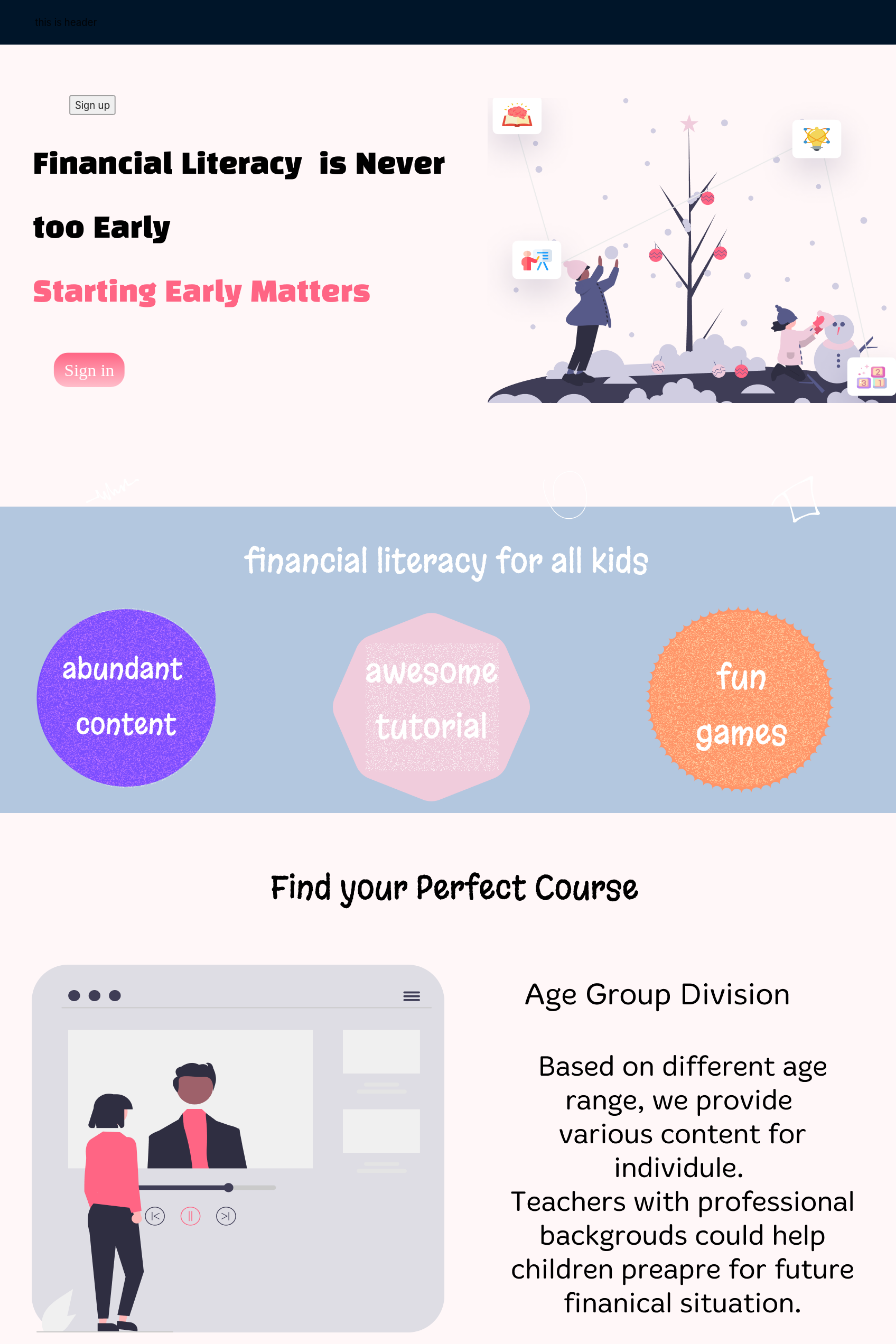
Repository: Zoe-XJ-Zhang/Goldilocks
Page: /
The author's editor kept a copy of each file at every save. The page is drawn from the files as they stood at one save, then again after the next save.
The browser window is 1280 px wide. The pictures show the part of the page from y = 0 to 1920 px (the page is 2775 px tall), at 70% of full size.
The project was rebuilt for these pictures with package versions that can differ from the ones it lists, and the page was loaded fresh each time. Also part of the build but not shown: src/page/roadmapPage/roadmapPage.js, src/page/aboutPage/aboutPage.js.

Above is the page before, as saved 2022-08-31 17:21:39.

After the next save:
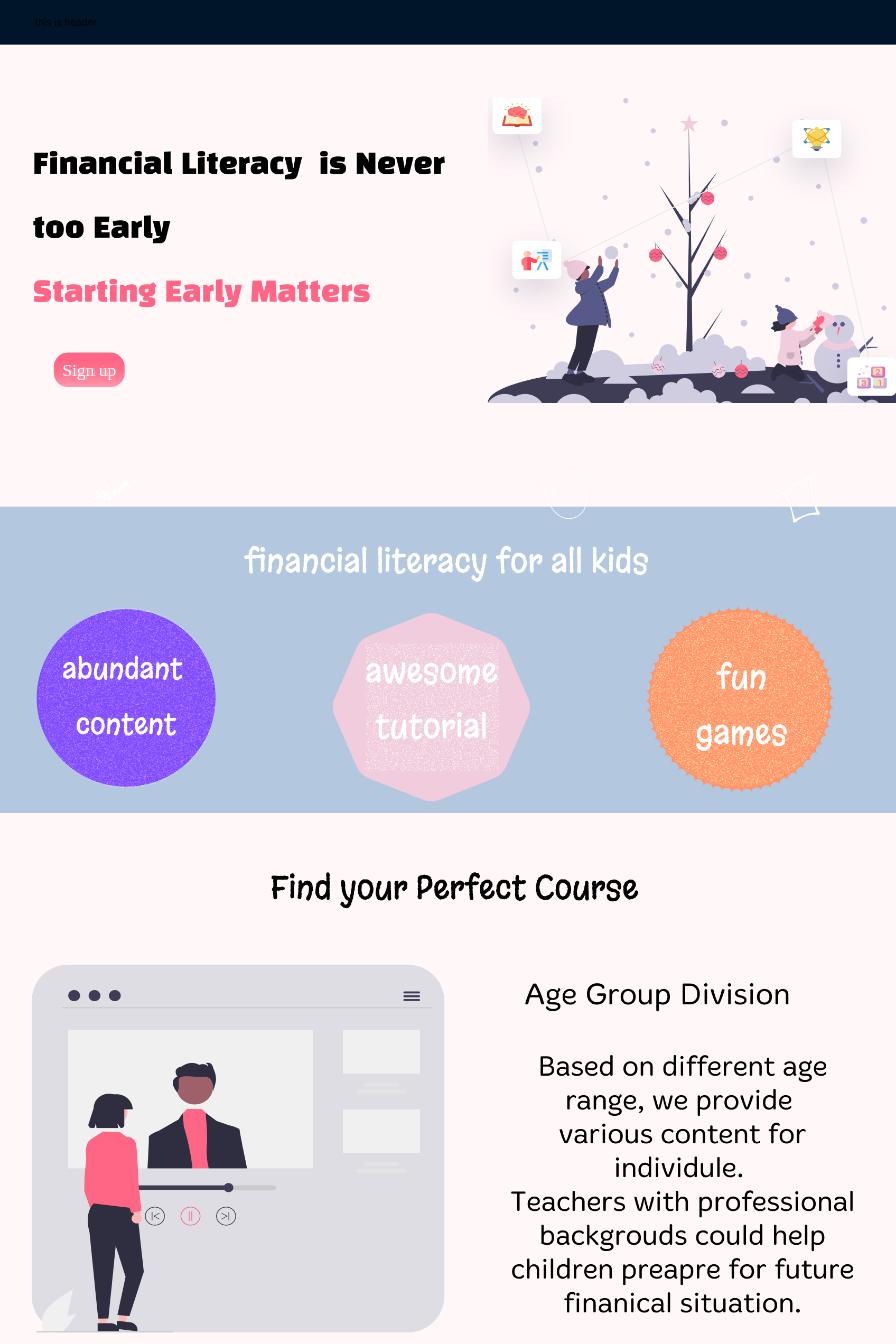
Saved 29 s later.
--- a/src/page/homePage/homePage.css
+++ b/src/page/homePage/homePage.css
@@ -60,10 +60,28 @@ button::before {
       opacity: 0.5;
   }
 .signup {
-    cursor: pointer;
-  position: absolute;
+    width: 101px;
+    height: 49px;
+    left: 77px;
+    top: 504px;
 
-  z-index: 2;
+    background: linear-gradient(
+      180deg,
+      #ff6584 0%,
+      rgba(255, 83, 118, 0.35) 100%
+    );
+    border-radius: 20px;
+    border: none;
+    position: absolute;
 
-  margin: 72px 0px 0px 99px;
+    z-index: 2;
+    font-family: 'Merge One';
+  font-style: normal;
+  font-weight: 500;
+      font-size: 25px;
+  /* or 465% */
+  cursor: pointer;
+
+  color: #FFFFFF;
+
 }
